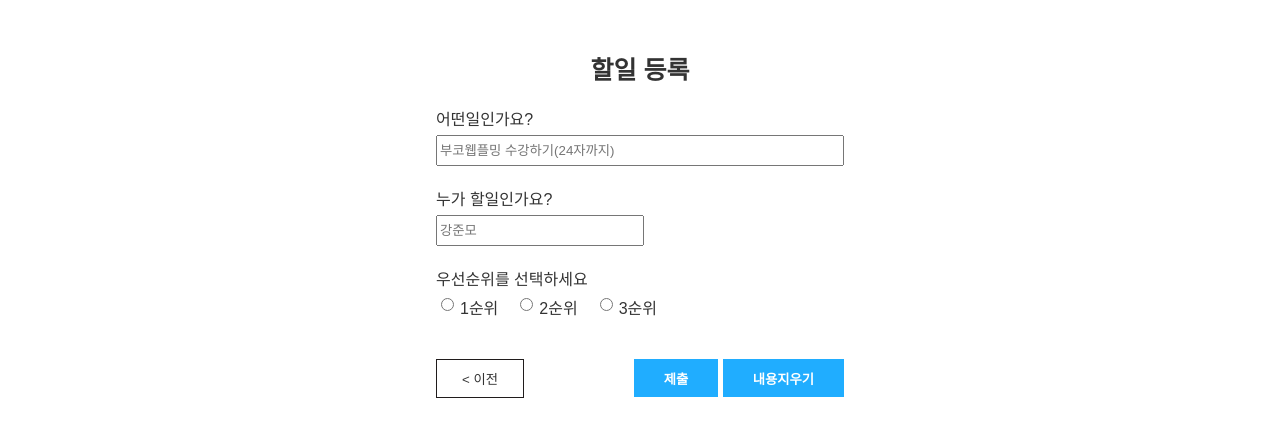
Repository: JmKanmo/BoostCourse_WebProgramming
Page: http://localhost/Todo/TodoFormServlet
The author's editor kept a copy of each file at every save. The page is drawn from the files as they stood at one save, then again after the next save.
The browser window is 1280 px wide. The pictures show the whole page.
The page is served by Tomcat 9.

Above is the page before, as saved 2020-01-21 02:04:51.

After the next save:
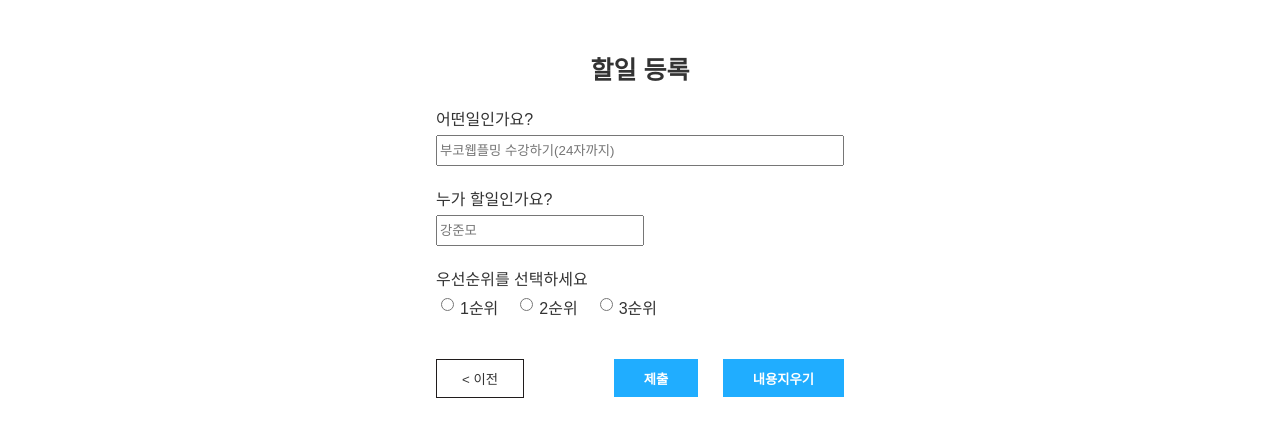
Saved 42 s later.
--- a/Todo/src/main/webapp/css/todoForm.css
+++ b/Todo/src/main/webapp/css/todoForm.css
@@ -100,3 +100,7 @@ html, body, h1, h2, h3, ul, ol, p, a, dl, dt, dd, figure {
 	font-weight: bold;
 	color: #fff;
 }
+
+.btn_group button:nth-child(n+1) {
+	margin-left: 20px;
+}
